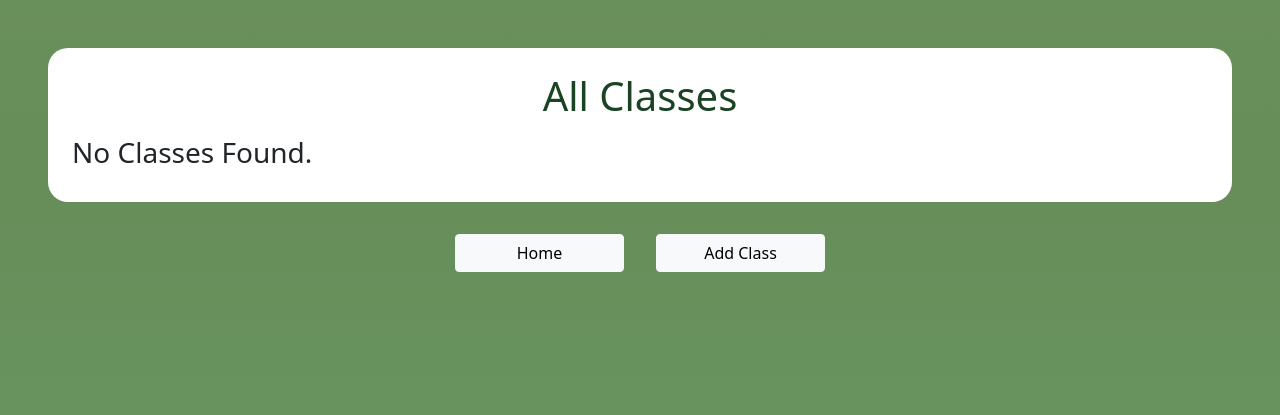
Repository: ronetteguevara/CalTech-ZumbaApp
Page: http://localhost/ZumbaApp/ViewClasses.jsp
An editor plug-in stored every save of this project. The page is shown before and after the next save, followed by the edit.
The browser window is 1280 px wide. The pictures show the whole page.
The page is served by Tomcat 10. Queries for data that is not in the repository find no rows.

Above is the page before, as saved 2024-05-03 02:30:14.

After the next save:
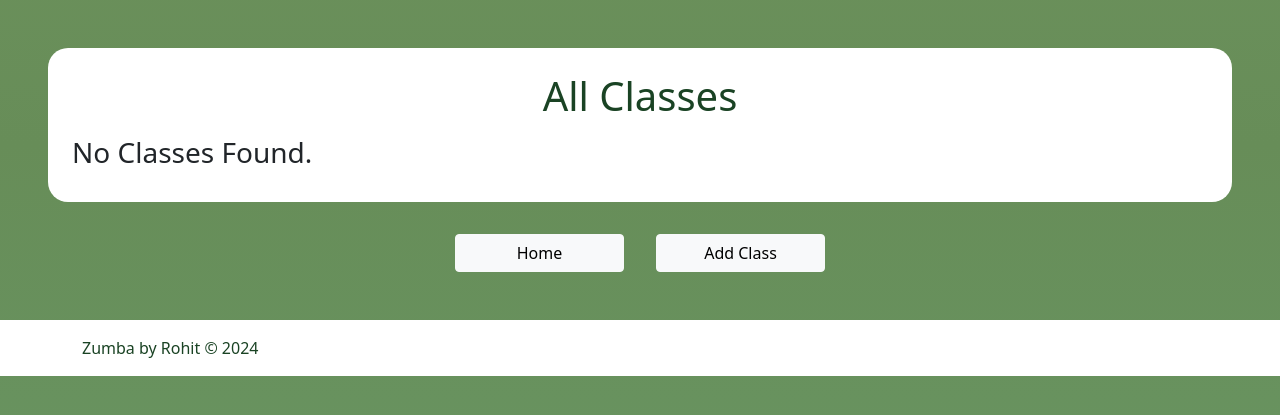
Saved 47 s later.
--- a/ZumbaApp/ZumbaApp/src/main/webapp/ViewClasses.jsp
+++ b/ZumbaApp/ZumbaApp/src/main/webapp/ViewClasses.jsp
@@ -59,5 +59,11 @@
 		<a class="w-25 btn btn-primary btn-light mt-2 mb-5 mx-3" href="Home.jsp">Home</a>
 		<a class="w-25 btn btn-primary btn-light mt-2 mb-5 mx-3" href="add-class.html">Add Class</a>
 		</div>
+
+		<footer class="footer mt-auto py-3">
+		<div class="container">
+		<span style="color:#1a4324" class="text-body-secondary">Zumba by Rohit © 2024</span>
+  		</div>
+</footer>
 </body>
 </html>

After the save that followed:
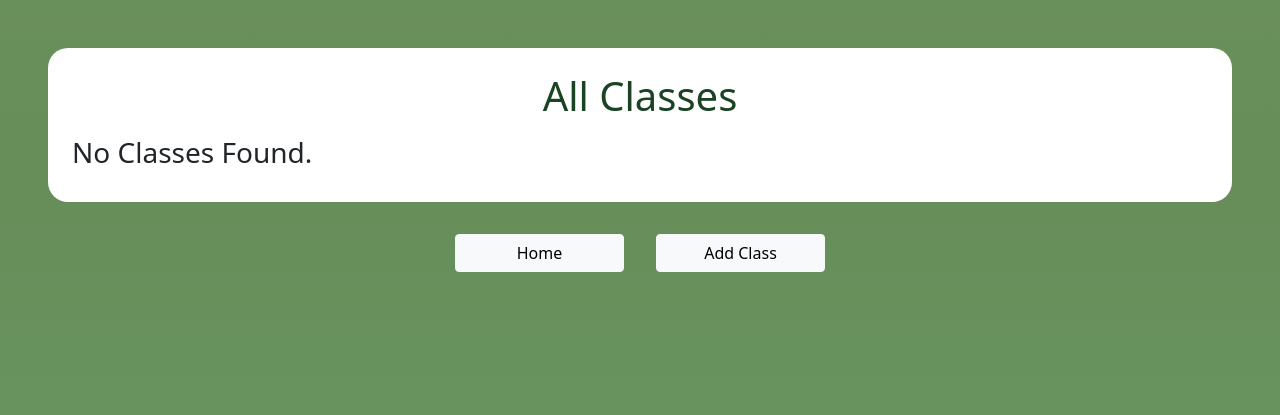
Saved 46 s later.
--- a/ZumbaApp/ZumbaApp/src/main/webapp/ViewClasses.jsp
+++ b/ZumbaApp/ZumbaApp/src/main/webapp/ViewClasses.jsp
@@ -60,10 +60,5 @@
 		<a class="w-25 btn btn-primary btn-light mt-2 mb-5 mx-3" href="add-class.html">Add Class</a>
 		</div>
 
-		<footer class="footer mt-auto py-3">
-		<div class="container">
-		<span style="color:#1a4324" class="text-body-secondary">Zumba by Rohit © 2024</span>
-  		</div>
-</footer>
 </body>
 </html>
